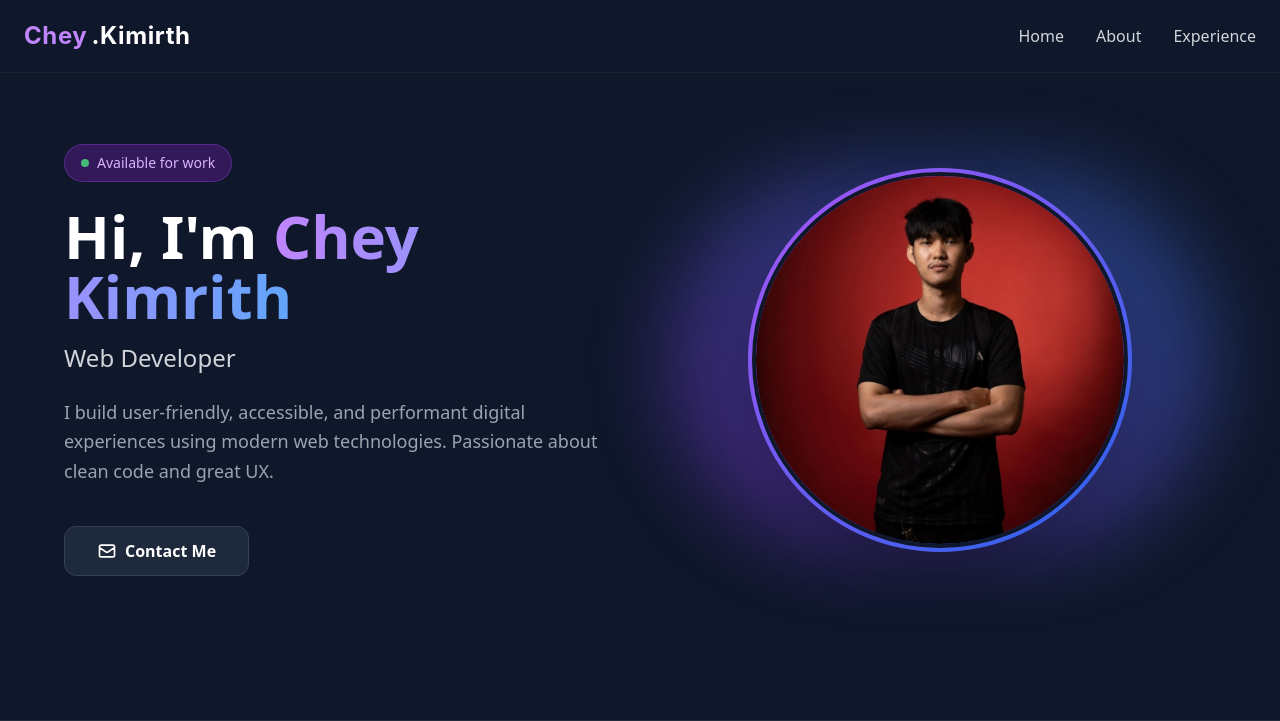
Repository: Kimrith/my-cv
Page: /
The author's editor kept a copy of each file at every save. The page is drawn from the files as they stood at one save, then again after a run of saves.
The browser window is 1280 px wide. The pictures show the part of the page from y = 0 to 721 px (the page is 4190 px tall before and 720 px after).
Pictures or frames that could not be fetched are drawn as grey boxes. Some web libraries are served in a nearby version. The project was rebuilt for these pictures with package versions that can differ from the ones it lists, and the page was loaded fresh each time. Also part of the build but not shown: vite.config.js, src/Layout/footer.jsx.

Above is the page before, as saved 2026-03-10 01:55:58.

After the next 2 saves:
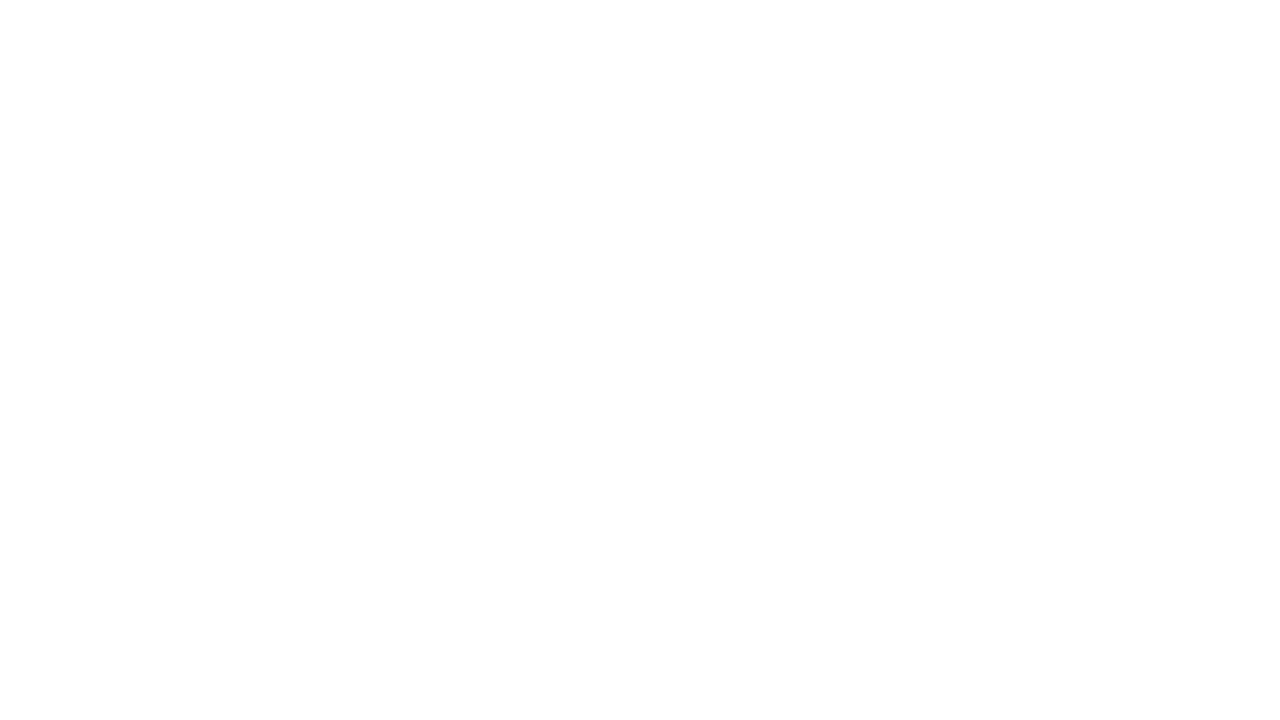
Console error: ReferenceError: useState is not defined
The 2 saves are shown as one change because they came seconds apart.
The last was saved 2 min 51 s later.
--- a/src/Navigation/home.jsx
+++ b/src/Navigation/home.jsx
@@ -1,6 +1,9 @@
-import me from "../assets/chey.png";
+import chey from "../assets/chey.png";
+import me from "../assets/me.png";
 
 export default function Homepage() {
+  const [hover, setHover] = useState(false);
+
   return (
     <section className="min-h-screen flex items-center justify-center px-4 py-12 relative overflow-hidden bg-slate-900">
       {/* Background Decor: Subtle purple glow */}
@@ -67,11 +70,20 @@
 
           <div className="relative w-72 h-72 md:w-96 md:h-96 rounded-full p-1 bg-gradient-to-br from-purple-500 to-blue-600 shadow-2xl">
             <img
-              src={me}
+              src={chey}
               alt="Portrait of Chey Kimrith, Web Developer"
               className="w-full h-full rounded-full object-cover border-4 border-slate-900 transition-transform duration-500 hover:scale-110"
               loading="lazy"
             />
+            if (user === hover){" "}
+            {
+              <img
+                src={me}
+                alt="Portrait of Chey Kimrith, Web Developer"
+                className="w-full h-full rounded-full object-cover border-4 border-slate-900 transition-transform duration-500 hover:scale-110"
+                loading="lazy"
+              />
+            }
           </div>
         </div>
       </div>

After the 2 saves that followed:
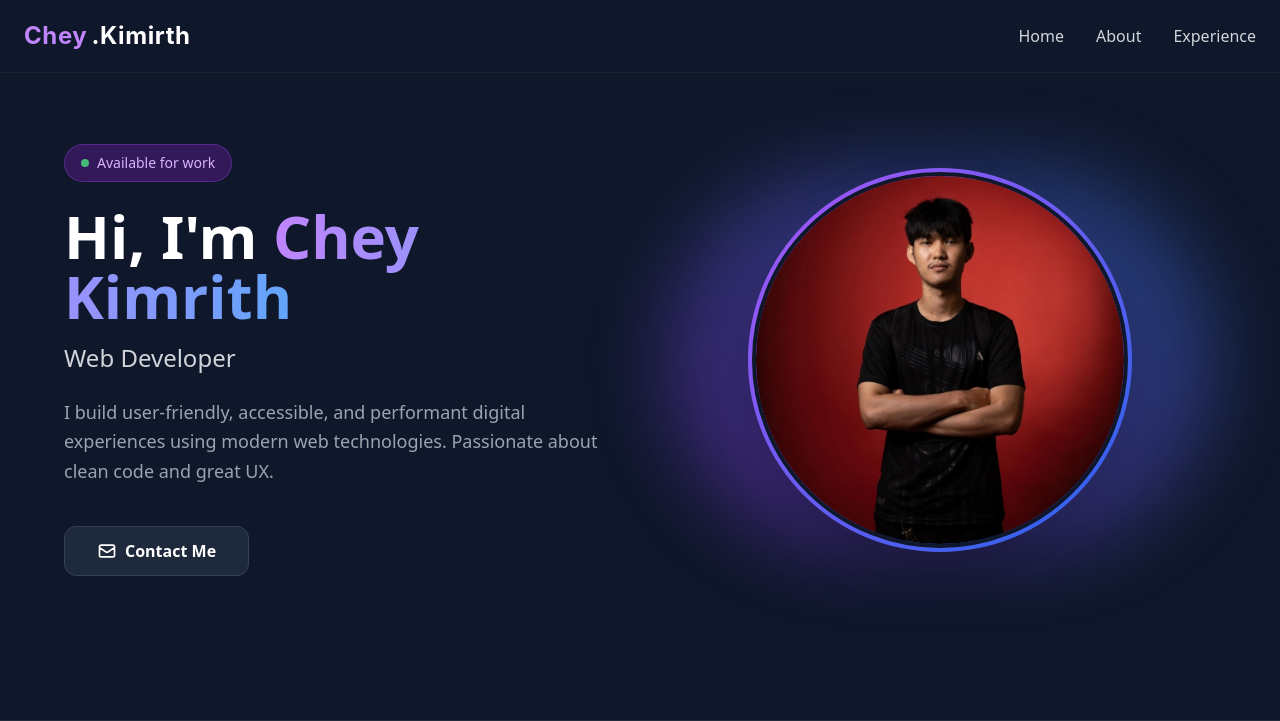
The error is gone.
The 2 saves are shown as one change because 1 left the picture as it was.
The last was saved 48 s later.
--- a/src/Navigation/home.jsx
+++ b/src/Navigation/home.jsx
@@ -1,5 +1,6 @@
 import chey from "../assets/chey.png";
 import me from "../assets/me.png";
+import { useState } from "react";
 
 export default function Homepage() {
   const [hover, setHover] = useState(false);
@@ -70,20 +71,13 @@
 
           <div className="relative w-72 h-72 md:w-96 md:h-96 rounded-full p-1 bg-gradient-to-br from-purple-500 to-blue-600 shadow-2xl">
             <img
-              src={chey}
+              src={hover ? me : chey}
               alt="Portrait of Chey Kimrith, Web Developer"
               className="w-full h-full rounded-full object-cover border-4 border-slate-900 transition-transform duration-500 hover:scale-110"
               loading="lazy"
+              onMouseEnter={() => setHover(true)}
+              onMouseLeave={() => setHover(false)}
             />
-            if (user === hover){" "}
-            {
-              <img
-                src={me}
-                alt="Portrait of Chey Kimrith, Web Developer"
-                className="w-full h-full rounded-full object-cover border-4 border-slate-900 transition-transform duration-500 hover:scale-110"
-                loading="lazy"
-              />
-            }
           </div>
         </div>
       </div>
